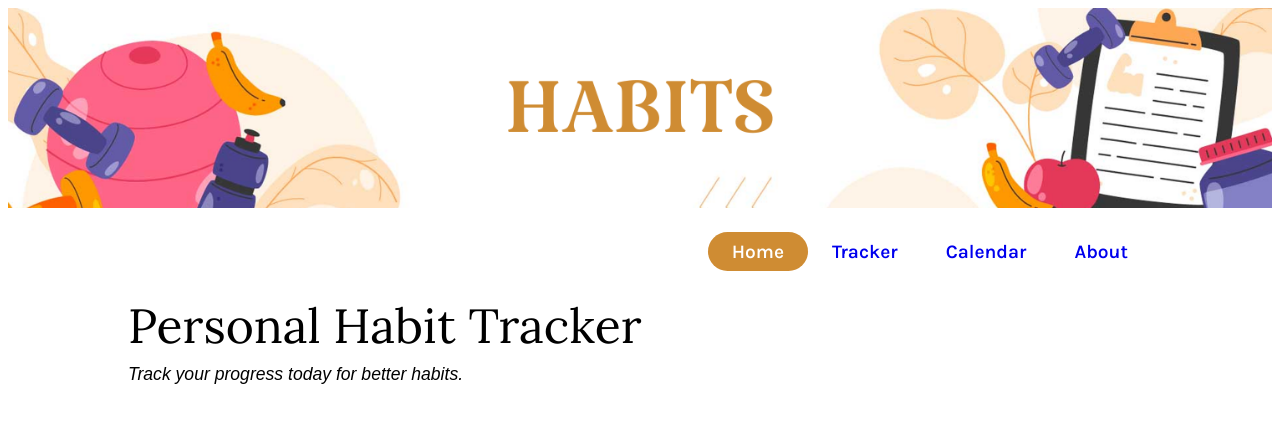
Repository: SandyLy453/habit-tracker
Page: http://localhost/
The author's editor kept a copy of each file at every save. The page is drawn from the files as they stood at one save, then again after the next save.
The browser window is 1280 px wide. The pictures show the whole page.
The page is served by the project's Node server (server.js).

Above is the page before, as saved 2025-03-14 19:09:46.

### views/pages/home.ejs
<!DOCTYPE html>
<html lang="en">
<head>
    <meta charset="UTF-8">
    <meta name="viewport" content="width=device-width, initial-scale=1.0">
    <link rel="stylesheet" href="/styles.css">

    <!-- Fonts -->
    <link rel="preconnect" href="https://fonts.googleapis.com">
    <link rel="preconnect" href="https://fonts.gstatic.com" crossorigin>
    <link href="https://fonts.googleapis.com/css2?family=Karla:ital,wght@0,200..800;1,200..800&family=Roboto:ital,wght@0,100..900;1,100..900&display=swap" rel="stylesheet">

    <link rel="preconnect" href="https://fonts.googleapis.com">
    <link rel="preconnect" href="https://fonts.gstatic.com" crossorigin>
    <link href="https://fonts.googleapis.com/css2?family=Lora:ital,wght@0,400..700;1,400..700&display=swap" rel="stylesheet">
</head>
<body>
    <%- include('../partials/header', { activePage: 'home' }) %>
    <div class="heading_section">
        <h1>Personal Habit Tracker</h1>
        <p>Track your progress today for better habits.</p>
    </div>
</body>
</html>

### views/partials/header.ejs
<!DOCTYPE html>
<html lang="en">
<head>
    <meta charset="UTF-8">
    <meta name="viewport" content="width=device-width, initial-scale=1.0">
    <title>
        <%= typeof title != 'undefined' ? title : 'Page Title' %>
    </title>
    <link rel="stylesheet" href="/styles.css">
    <link rel="preconnect" href="https://fonts.googleapis.com">
    <link rel="preconnect" href="https://fonts.gstatic.com" crossorigin>
    <link href="https://fonts.googleapis.com/css2?family=Karla:ital,wght@0,200..800;1,200..800&family=Roboto:ital,wght@0,100..900;1,100..900&display=swap" rel="stylesheet">
</head>
<body>
    <header>
        <div class="header_container">
            <img src="<%= activePage === 'home' ? '/images/home_banner.png' : activePage === 'tracker' ? '/images/tracker_banner.png' : activePage === 'calendar' ? '/images/calendar_banner.png' : '/images/about_banner.png' %>" />
            <ul class="header">
                <li><a href="/" class="header_items <%= activePage === 'home' ? 'highlight' : '' %>">Home</a></li>
                <li><a href="/tracker" class="header_items <%= activePage === 'tracker' ? 'highlight' : '' %>">Tracker</a></li>
                <li><a href="/calendar" class="header_items <%= activePage === 'calendar' ? 'highlight' : '' %>">Calendar</a></li>
                <li><a href="/about" class="header_items <%= activePage === 'about' ? 'highlight' : '' %>">About</a></li>
              </ul>
        </div>
    </header>
</body>
</html>

### server.js
import pg from 'pg';
import express from 'express';
import bodyParser from 'body-parser';
import dotenv from 'dotenv';
import path from 'path';
import { fileURLToPath } from 'url';

const __filename = fileURLToPath(import.meta.url);
const __dirname = path.dirname(__filename);

dotenv.config();

// Database setup
const db = new pg.Client({
  user: process.env.DB_USER,
  host: process.env.DB_HOST,
  database: process.env.DB_DATABASE,
  password: process.env.DB_PASSWORD,
  port: process.env.DB_PORT,
});

db.connect()
  .then(() => {
    console.log('Connected to the database');
  })
  .catch(err => {
    console.error('Database connection error:', err.stack);
});

const app = express();
const port = 3000;

app.set('views', path.join(__dirname, 'views'));

// Middleware
app.use(bodyParser.urlencoded({ extended: true }));
app.use(express.static('public'));  // Serve static files from the public folder
app.set('view engine', 'ejs');

// Routes
app.get('/', (req, res) => {
  res.render('pages/home', {
    title: "Personal Habit Tracker",
    activePage: 'home',
    paragraph: "Track your progress today for better habits."
  });
});

app.get('/tracker', (req, res) => {
  res.render('pages/tracker', {
    title: "My Habits Tracker",
    activePage: 'tracker',
    paragraph: " "
  });
});

app.get('/calendar', (req, res) => {
  res.render('pages/calendar', {
    title: "My Calendar",
    activePage: 'calendar',
    paragraph: " "
  });
});

app.get('/about', (req, res) => {
  res.render('pages/about', {
    title: "About",
    activePage: 'about',
  });
});

app.listen(port, () => {
  console.log(`App listening at port ${port}`);
});

### public/styles.css
:root {
    --header-font: "Karla", sans-serif;
    --heading-font: "Lora", serif;

    --font-styles-bold: 600;
    --font-styles-regular: 400;
    --header-large: 1.2rem;
    --page-heading: 3rem;
    --page-details: 1.1rem;

    --highlight-color: #CF8C33;
}

body {
    font-family: Arial, sans-serif;
    text-align: center;
}

input, button {
    margin: 5px;
    padding: 8px;
}

/* Header */
.header_container img {
    margin: 0;
    padding: 0;
    display: block;
    width: 100%;
    height: 100%;
    object-fit: cover;
}

.header {
    display: flex;
    flex-direction: row;
    justify-content:flex-end;
    list-style: none;
    margin: 2rem 120px;
    font-family: var(--header-font);
    font-weight: var(--font-styles-bold);
    font-size: var(--header-large);
}

.header_items {
    text-decoration: none;
    padding: .5rem 1.5rem;
    border-radius: 20px;
}

.header_items.highlight {
    color: white;
    background-color: var(--highlight-color);
}

/* Home Page */
.heading_section {
    text-align: left;
    margin: 0 120px;
}

.heading_section h1 {
    font-family: var(--heading-font);
    font-weight: var(--font-styles-regular);
    font-size: var(--page-heading);
    margin-bottom: 0;
}

.heading_section p {
    font-size: var(--page-details);
    margin-top: .5rem;
    font-style: italic;
}

After the next save:
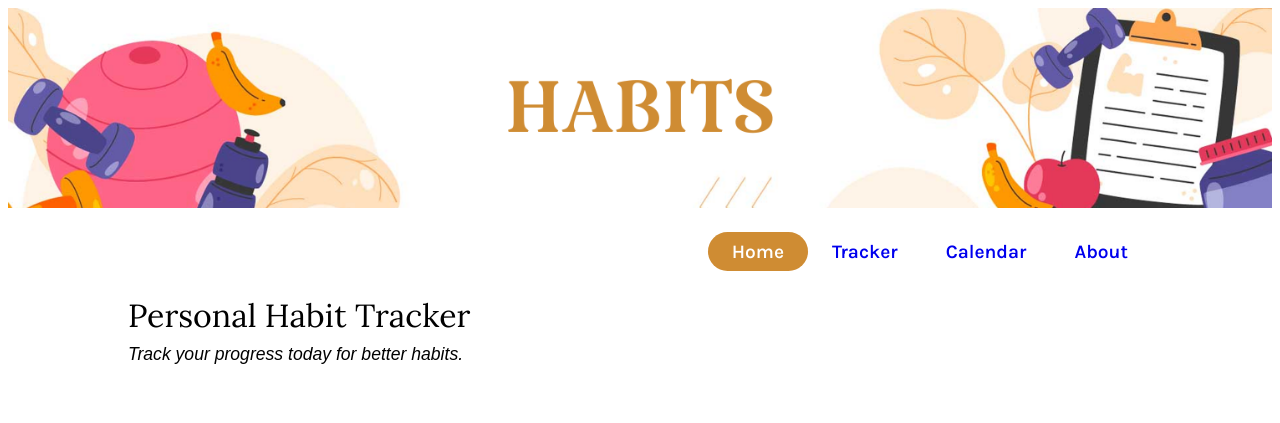
Saved 21 s later.
--- a/public/styles.css
+++ b/public/styles.css
@@ -5,7 +5,7 @@
     --font-styles-bold: 600;
     --font-styles-regular: 400;
     --header-large: 1.2rem;
-    --page-heading: 3rem;
+    --page-heading: 2rem;
     --page-details: 1.1rem;
 
     --highlight-color: #CF8C33;
